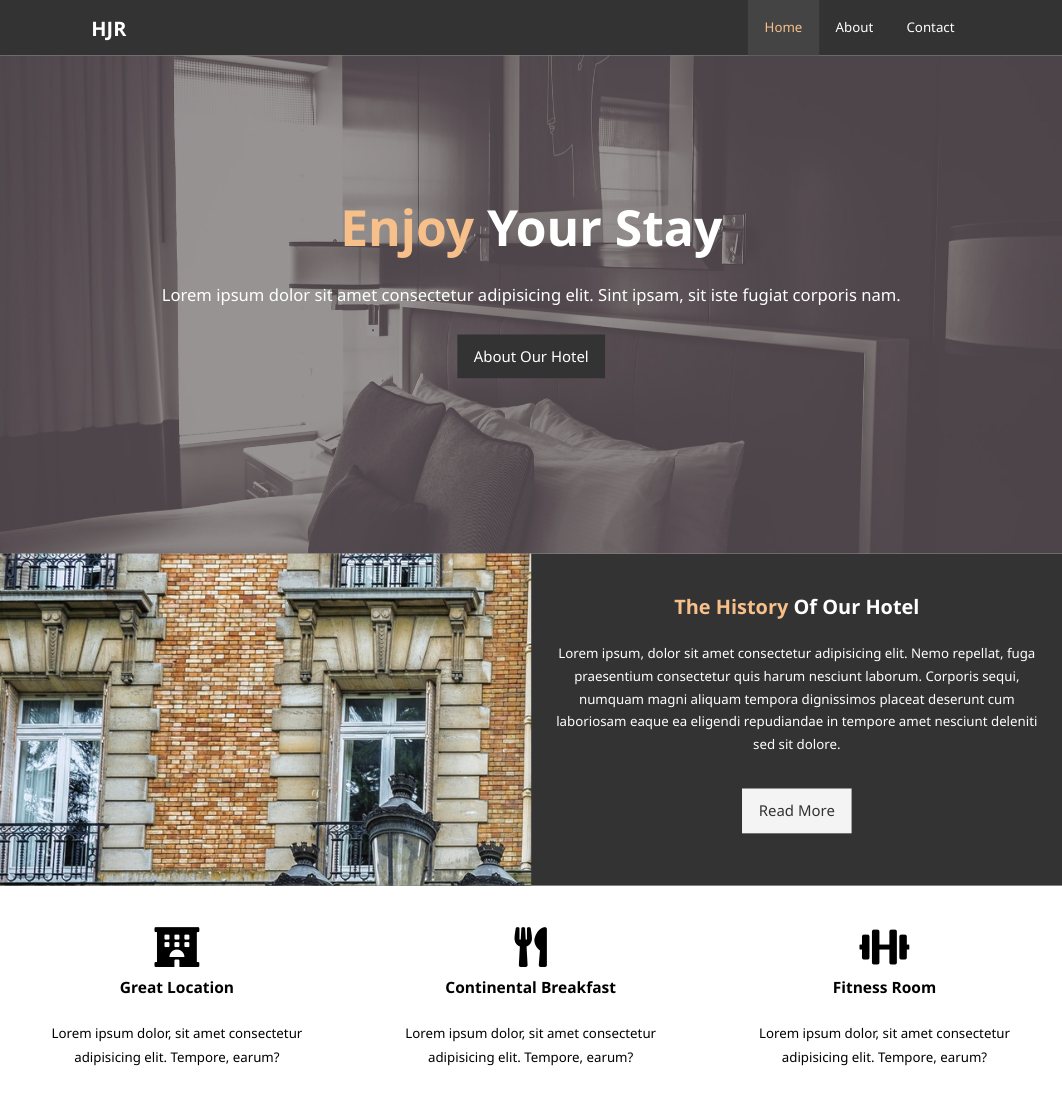
Repository: dimlutine/Hotel-Project
Page: index.html
These files come from the project's save history. The page is drawn as it stood at one moment and after the next save; the edit follows.
The browser window is 1280 px wide. The pictures show the whole page, at 83% of full size.
Some web libraries are served in a nearby version.

Above is the page before, as saved 2019-07-05 22:34:16.

### index.html
<!DOCTYPE html>
<html lang="en">

<head>
    <meta charset="UTF-8">
    <meta name="viewport" content="width=device-width, initial-scale=1.0">
    <meta http-equiv="X-UA-Compatible" content="ie=edge">
    <meta name="description" content="Welcome to the neatest hotel in Durham, North Carolina!">
    <meta name="keywords" content="hotel,durham hotel, north carolina hotel, rdu hotel">
    <link rel="stylesheet" href="https://use.fontawesome.com/releases/v5.6.1/css/all.css" integrity="sha384-gfdkjb5BdAXd+lj+gudLWI+BXq4IuLW5IT+brZEZsLFm++aCMlF1V92rMkPaX4PP" crossorigin="anonymous">
    <link rel="stylesheet" href="css/style.css">
    <title>Hotel JR | Durham Hotel</title>
</head>

<body>
    <header>
        <nav id="navbar">
            <div class="container">
                <h1 class="logo"><a href="index.html">HJR</a></h1>
                <ul>
                    <li><a class="current" href="index.html">Home</a></li>
                    <li><a href="about.html">About</a></li>
                    <li><a href="contact.html">Contact</a></li>
                </ul>
            </div>

        </nav>
        <div id="showcase">
            <div class="container">
                <div class="showcase-content">
                    <h1>
                        <span class="text-primary">Enjoy</span> Your Stay
                    </h1>
                    <p class="lead">Lorem ipsum dolor sit amet consectetur adipisicing elit. Sint ipsam, sit iste fugiat corporis nam.</p>
                    <a class="btn" href="about.html">About Our Hotel</a>
                </div>
            </div>
        </div>
    </header>

    <section id="home-info" class="bg-dark">
        <div class="info-img"></div>
        <div class="info-content">
            <h2><span class="text-primary">The History </span>Of Our Hotel</h2>
            <p>Lorem ipsum, dolor sit amet consectetur adipisicing elit. Nemo repellat, fuga praesentium consectetur quis harum nesciunt laborum. Corporis sequi, numquam magni aliquam tempora dignissimos placeat deserunt cum laboriosam eaque ea eligendi
                repudiandae in tempore amet nesciunt deleniti sed sit dolore.</p>
            <a href="about.html" class="btn btn-light">Read More</a>
        </div>
    </section>

    <section id="features">
        <div class="box">
            <i class="fas fa-hotel fa-3x"></i>
            <h3>Great Location</h3>
            <p>Lorem ipsum dolor, sit amet consectetur adipisicing elit. Tempore, earum?</p>
        </div>
        <div class="box">
            <i class="fas fa-utensils fa-3x"></i>
            <h3>Continental Breakfast</h3>
            <p>Lorem ipsum dolor, sit amet consectetur adipisicing elit. Tempore, earum?</p>
        </div>
        <div class="box">
            <i class="fas fa-dumbbell fa-3x"></i>
            <h3>Fitness Room</h3>
            <p>Lorem ipsum dolor, sit amet consectetur adipisicing elit. Tempore, earum?</p>
        </div>
    </section>
</body>

</html>

### css/style.css
* {
    padding: 0;
    margin: 0;
    box-sizing: border-box;
}

html,
body {
    font-family: 'Segoe UI', 'Segoe UI', Tahoma, Geneva, Verdana, sans-serif;
    line-height: 1.7em;
}

a {
    color: #333;
    text-decoration: none;
}

h1,
h2,
h3 {
    padding-bottom: 20px;
}

p {
    margin: 10px 0;
}


/* Utilities */

.container {
    margin: auto;
    max-width: 1100px;
    overflow: auto;
    padding: 0 20px;
}

.text-primary {
    color: #f7c08a;
}

.lead {
    font-size: 20px;
}

.btn {
    display: inline-block;
    font-size: 18px;
    color: #fff;
    background: #333;
    padding: 13px 20px;
    border: none;
    cursor: pointer;
}

.btn:hover {
    background: #f7c08a;
    color: #333;
}

.btn-light {
    background: #f4f4f4;
    color: #333;
}

.bg-dark {
    background: #333;
    color: #fff;
}

.bg-light {
    background: #f4f4f4;
    color: #333;
}

.bg-primary {
    background: #333;
    color: #f7c08a;
}

#navbar {
    background: #333;
    color: #fff;
    overflow: auto;
}

#navbar a {
    color: #fff;
}

#navbar h1 {
    float: left;
    padding-top: 20px;
}

#navbar ul {
    float: right;
    list-style: none;
}

#navbar ul li {
    float: left;
}

#navbar ul li a {
    display: block;
    padding: 20px;
    text-align: center;
}

#navbar ul li a:hover,
#navbar ul li a.current {
    background: #444;
    color: #f7c08a;
}


/* Showcase */

#showcase {
    background: url('../img/showcase.jpg') no-repeat center center/cover;
    height: 600px;
}

#showcase .showcase-content {
    color: #fff;
    text-align: center;
    padding-top: 170px;
}

#showcase .showcase-content h1 {
    font-size: 60px;
    line-height: 1.2em;
}

#showcase .showcase-content p {
    padding-bottom: 20px;
    line-height: 1.7em;
}


/* Home Info */

#home-info {
    height: 400px;
}

#home-info .info-img {
    float: left;
    width: 50%;
    background: url('../img/photo-1.jpg') no-repeat;
    min-height: 100%;
}

#home-info .info-content {
    float: right;
    width: 50%;
    height: 100%;
    text-align: center;
    padding: 50px 30px;
    overflow: hidden;
}

#home-info .info-content p {
    padding-bottom: 30px;
}


/*Features*/

.box {
    float: left;
    width: 33.3%;
    padding: 50px;
    text-align: center;
}

.box i {
    margin-bottom: 10px;
}

After the next save:
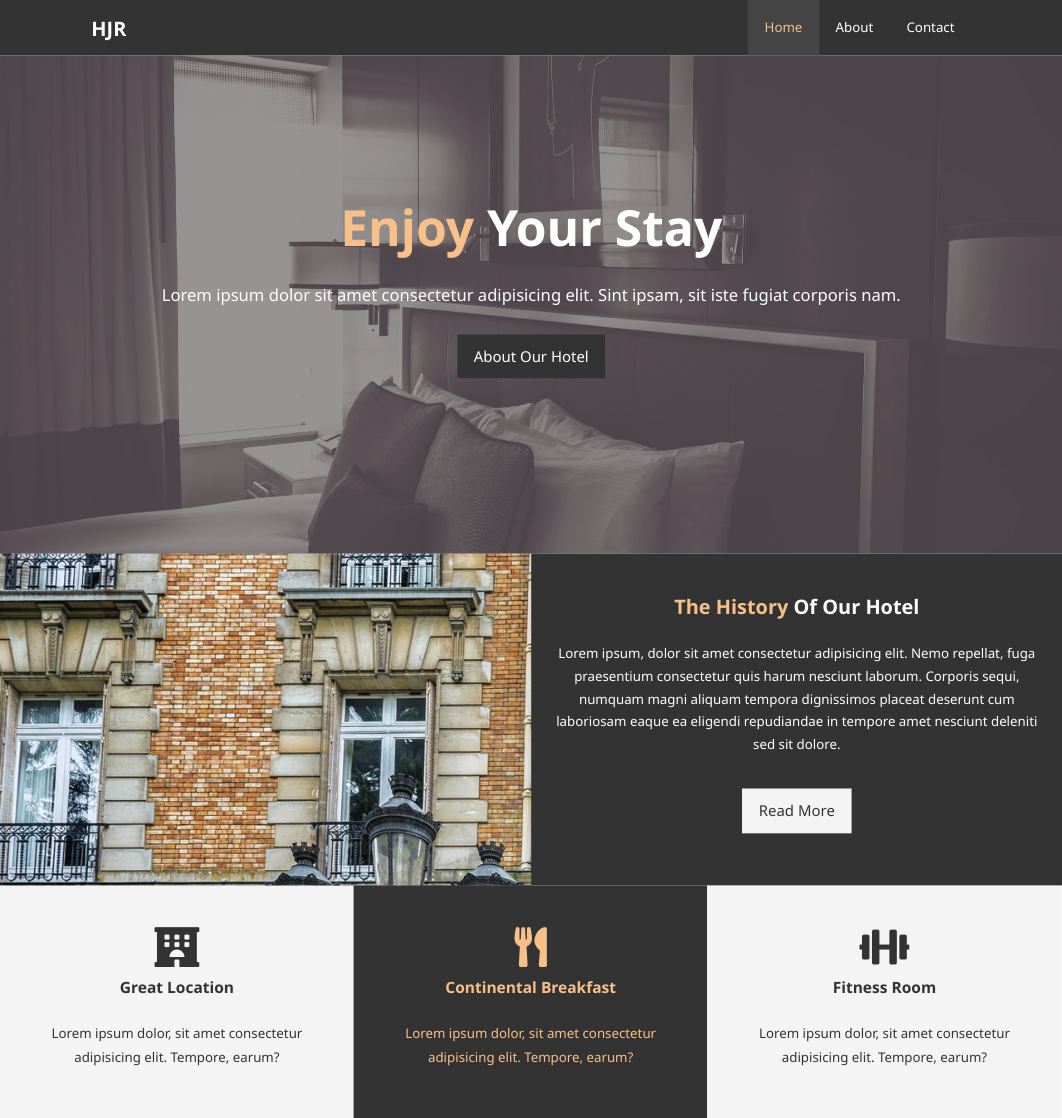
Saved 81 s later.
--- a/index.html
+++ b/index.html
@@ -49,17 +49,17 @@
     </section>
 
     <section id="features">
-        <div class="box">
+        <div class="box bg-light">
             <i class="fas fa-hotel fa-3x"></i>
             <h3>Great Location</h3>
             <p>Lorem ipsum dolor, sit amet consectetur adipisicing elit. Tempore, earum?</p>
         </div>
-        <div class="box">
+        <div class="box bg-primary">
             <i class="fas fa-utensils fa-3x"></i>
             <h3>Continental Breakfast</h3>
             <p>Lorem ipsum dolor, sit amet consectetur adipisicing elit. Tempore, earum?</p>
         </div>
-        <div class="box">
+        <div class="box bg-light">
             <i class="fas fa-dumbbell fa-3x"></i>
             <h3>Fitness Room</h3>
             <p>Lorem ipsum dolor, sit amet consectetur adipisicing elit. Tempore, earum?</p>
